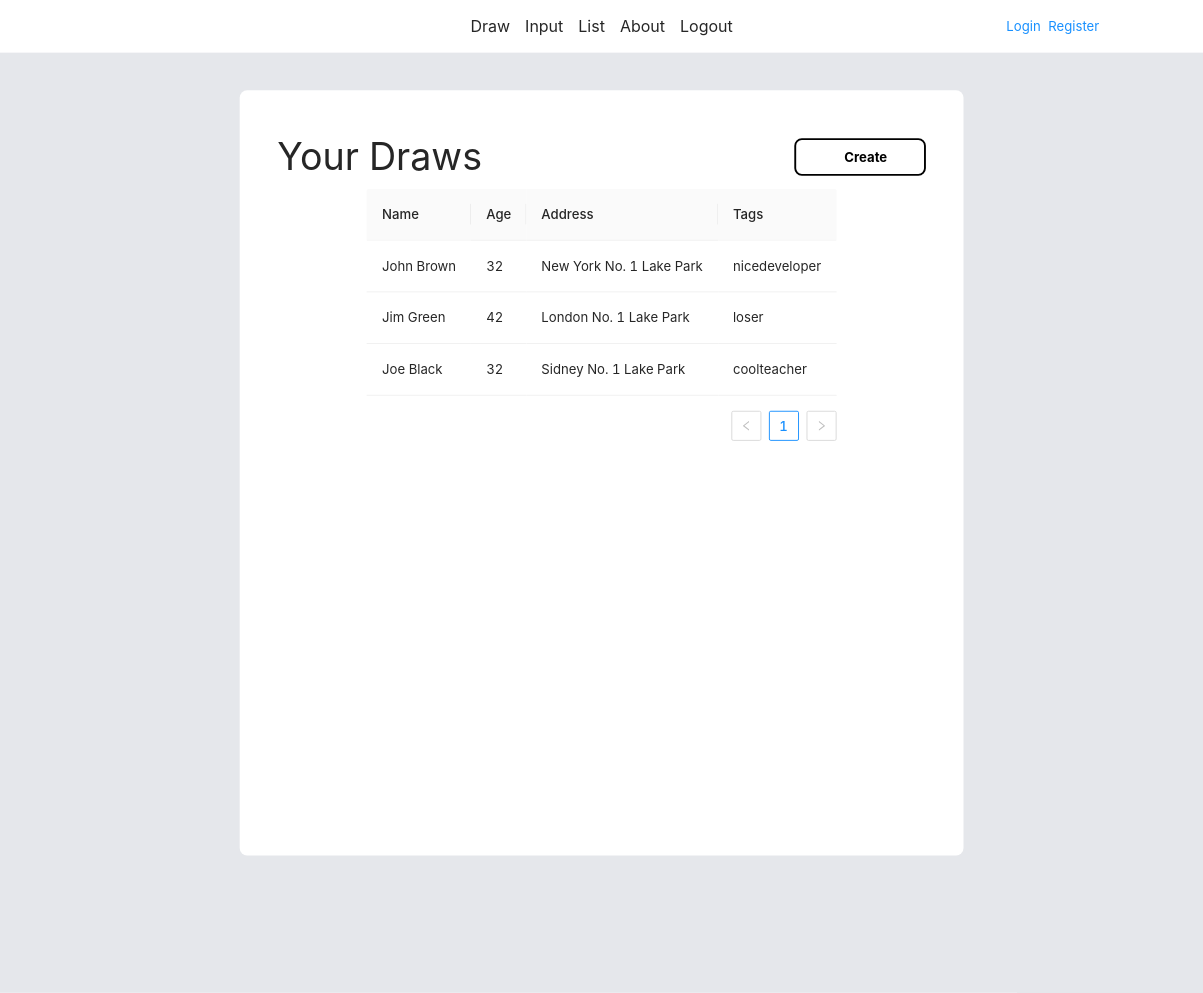
Repository: truongnguyenuit/DrawApp
Page: /draw/list (app in client/)
An editor plug-in stored every save of this project. The page is shown before and after a run of saves, followed by the edit.
The browser window is 1280 px wide. The pictures show the whole page, at 94% of full size.
The page's requests for data from a server got no answer. The project was rebuilt for these pictures with package versions that can differ from the ones it lists, and the page was loaded fresh each time. The framework's server and built-in components were replaced by stand-ins that run in the browser. No one was signed in, and anything a server would have sent is missing. Also part of the build but not shown: client/next.config.js.

Above is the page before, as saved 2022-08-20 18:54:39.

After the next 3 saves:
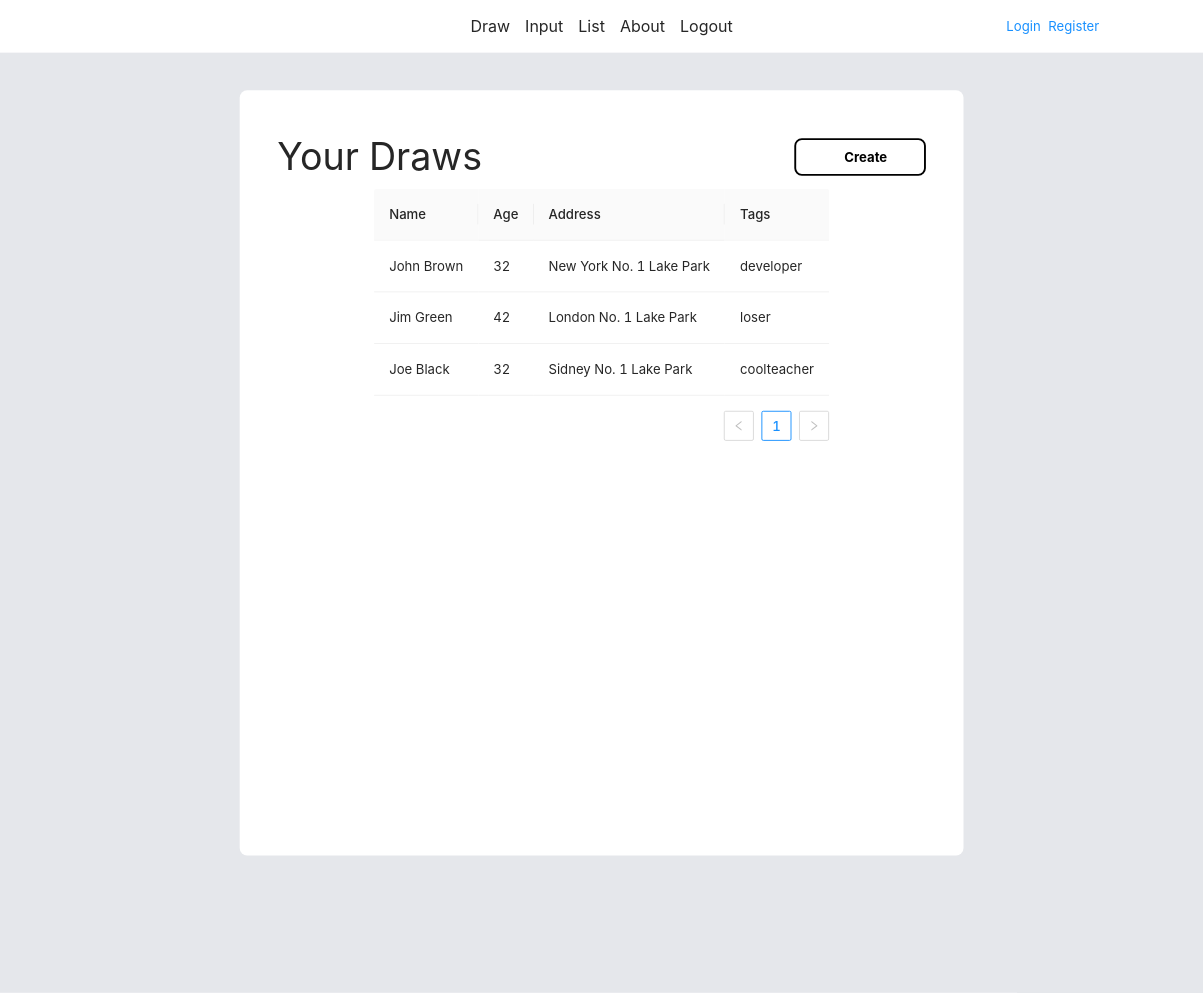
The 3 saves are shown as one change because they came seconds apart.
The last was saved 18 s later.
--- a/client/pages/draw/list.js
+++ b/client/pages/draw/list.js
@@ -32,7 +32,7 @@ const data = [
     name: 'John Brown',
     age: 32,
     address: 'New York No. 1 Lake Park',
-    tags: ['nice', 'developer'],
+    tags: 'developer',
   },
   {
     key: '2',
